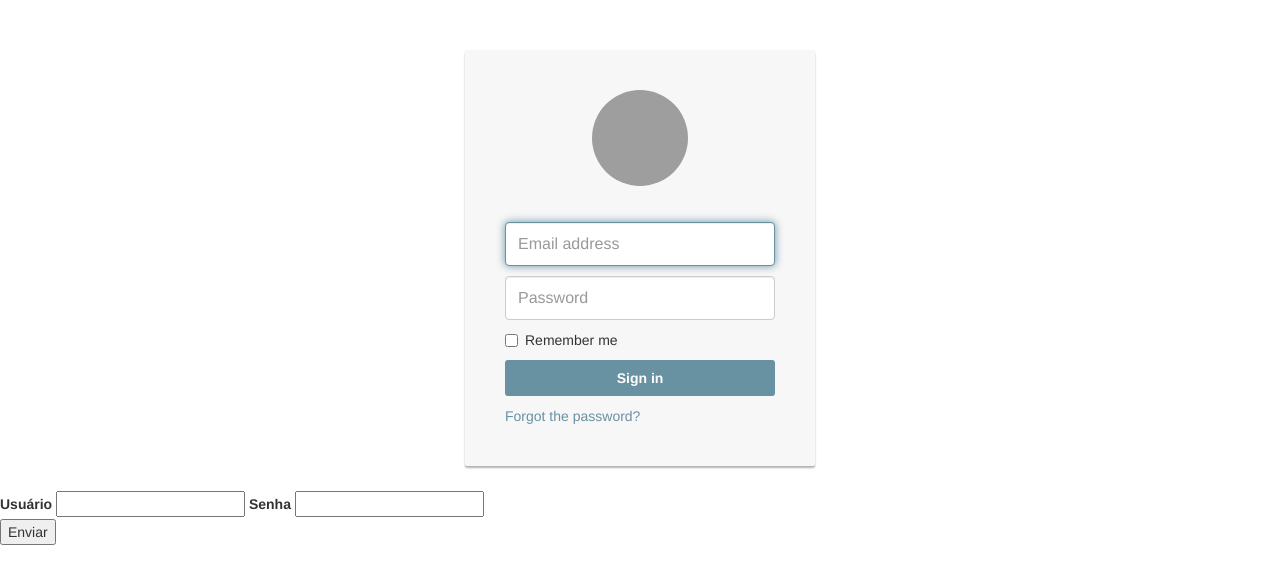
Repository: JacksonPassos/JAAS
Page: http://localhost/gerenciador/jsp/login.jsp
The author's editor kept a copy of each file at every save. The page is drawn from the files as they stood at one save, then again after the next save.
The browser window is 1280 px wide. The pictures show the whole page.
Pictures or frames that could not be fetched are drawn as grey boxes. The page is served by Tomcat 9.

Above is the page before, as saved 2017-05-16 21:24:09.
Console error: ReferenceError: $ is not defined

### gerenciador/WebContent/jsp/login.jsp
<%@ page language="java" contentType="text/html; charset=ISO-8859-1"
    pageEncoding="ISO-8859-1"%>
<!DOCTYPE html PUBLIC "-//W3C//DTD HTML 4.01 Transitional//EN" "http://www.w3.org/TR/html4/loose.dtd">
<html>
<head>
<meta http-equiv="Content-Type" content="text/html; charset=UTF-8">
<link rel="stylesheet" type="text/css" href="../bootstrap/css/bootstrap.min.css">
<style type="text/css">
/*
 * Specific styles of signin component
 */
/*
 * General styles
 */
body, html {
    height: 100%;
    background-repeat: no-repeat;

}

.card-container.card {
    max-width: 350px;
    padding: 40px 40px;
}

.btn {
    font-weight: 700;
    height: 36px;
    -moz-user-select: none;
    -webkit-user-select: none;
    user-select: none;
    cursor: default;
}

/*
 * Card component
 */
.card {
    background-color: #F7F7F7;
    /* just in case there no content*/
    padding: 20px 25px 30px;
    margin: 0 auto 25px;
    margin-top: 50px;
    /* shadows and rounded borders */
    -moz-border-radius: 2px;
    -webkit-border-radius: 2px;
    border-radius: 2px;
    -moz-box-shadow: 0px 2px 2px rgba(0, 0, 0, 0.3);
    -webkit-box-shadow: 0px 2px 2px rgba(0, 0, 0, 0.3);
    box-shadow: 0px 2px 2px rgba(0, 0, 0, 0.3);
}

.profile-img-card {
    width: 96px;
    height: 96px;
    margin: 0 auto 10px;
    display: block;
    -moz-border-radius: 50%;
    -webkit-border-radius: 50%;
    border-radius: 50%;
}

/*
 * Form styles
 */
.profile-name-card {
    font-size: 16px;
    font-weight: bold;
    text-align: center;
    margin: 10px 0 0;
    min-height: 1em;
}

.reauth-email {
    display: block;
    color: #404040;
    line-height: 2;
    margin-bottom: 10px;
    font-size: 14px;
    text-align: center;
    overflow: hidden;
    text-overflow: ellipsis;
    white-space: nowrap;
    -moz-box-sizing: border-box;
    -webkit-box-sizing: border-box;
    box-sizing: border-box;
}

.form-signin #inputEmail,
.form-signin #inputPassword {
    direction: ltr;
    height: 44px;
    font-size: 16px;
}

.form-signin input[type=email],
.form-signin input[type=password],
.form-signin input[type=text],
.form-signin button {
    width: 100%;
    display: block;
    margin-bottom: 10px;
    z-index: 1;
    position: relative;
    -moz-box-sizing: border-box;
    -webkit-box-sizing: border-box;
    box-sizing: border-box;
}

.form-signin .form-control:focus {
    border-color: rgb(104, 145, 162);
    outline: 0;
    -webkit-box-shadow: inset 0 1px 1px rgba(0,0,0,.075),0 0 8px rgb(104, 145, 162);
    box-shadow: inset 0 1px 1px rgba(0,0,0,.075),0 0 8px rgb(104, 145, 162);
}

.btn.btn-signin {
    /*background-color: #4d90fe; */
    background-color: rgb(104, 145, 162);
    /* background-color: linear-gradient(rgb(104, 145, 162), rgb(12, 97, 33));*/
    padding: 0px;
    font-weight: 700;
    font-size: 14px;
    height: 36px;
    -moz-border-radius: 3px;
    -webkit-border-radius: 3px;
    border-radius: 3px;
    border: none;
    -o-transition: all 0.218s;
    -moz-transition: all 0.218s;
    -webkit-transition: all 0.218s;
    transition: all 0.218s;
}

.btn.btn-signin:hover,
.btn.btn-signin:active,
.btn.btn-signin:focus {
    background-color: rgb(12, 97, 33);
}

.forgot-password {
    color: rgb(104, 145, 162);
}

.forgot-password:hover,
.forgot-password:active,
.forgot-password:focus{
    color: rgb(12, 97, 33);
}
</style>
<script type="text/javascript">
$( document ).ready(function() {
    // DOM ready

    // Test data
    /*
     * To test the script you should discomment the function
     * testLocalStorageData and refresh the page. The function
     * will load some test data and the loadProfile
     * will do the changes in the UI
     */
    // testLocalStorageData();
    // Load profile if it exits
    loadProfile();
});

/**
 * Function that gets the data of the profile in case
 * thar it has already saved in localstorage. Only the
 * UI will be update in case that all data is available
 *
 * A not existing key in localstorage return null
 *
 */
function getLocalProfile(callback){
    var profileImgSrc      = localStorage.getItem("PROFILE_IMG_SRC");
    var profileName        = localStorage.getItem("PROFILE_NAME");
    var profileReAuthEmail = localStorage.getItem("PROFILE_REAUTH_EMAIL");

    if(profileName !== null
            && profileReAuthEmail !== null
            && profileImgSrc !== null) {
        callback(profileImgSrc, profileName, profileReAuthEmail);
    }
}

/**
 * Main function that load the profile if exists
 * in localstorage
 */
function loadProfile() {
    if(!supportsHTML5Storage()) { return false; }
    // we have to provide to the callback the basic
    // information to set the profile
    getLocalProfile(function(profileImgSrc, profileName, profileReAuthEmail) {
        //changes in the UI
        $("#profile-img").attr("src",profileImgSrc);
        $("#profile-name").html(profileName);
        $("#reauth-email").html(profileReAuthEmail);
        $("#inputEmail").hide();
        $("#remember").hide();
    });
}

/**
 * function that checks if the browser supports HTML5
 * local storage
 *
 * @returns {boolean}
 */
function supportsHTML5Storage() {
    try {
        return 'localStorage' in window && window['localStorage'] !== null;
    } catch (e) {
        return false;
    }
}

/**
 * Test data. This data will be safe by the web app
 * in the first successful login of a auth user.
 * To Test the scripts, delete the localstorage data
 * and comment this call.
 *
 * @returns {boolean}
 */
function testLocalStorageData() {
    if(!supportsHTML5Storage()) { return false; }
    localStorage.setItem("PROFILE_IMG_SRC", "//lh3.googleusercontent.com/-6V8xOA6M7BA/AAAAAAAAAAI/AAAAAAAAAAA/rzlHcD0KYwo/photo.jpg?sz=120" );
    localStorage.setItem("PROFILE_NAME", "César Izquierdo Tello");
    localStorage.setItem("PROFILE_REAUTH_EMAIL", "oneaccount@gmail.com");
}

</script>

<title>Login</title>
</head>
<body>

 <div class="container">
        <div class="card card-container">
            <!-- <img class="profile-img-card" src="//lh3.googleusercontent.com/-6V8xOA6M7BA/AAAAAAAAAAI/AAAAAAAAAAA/rzlHcD0KYwo/photo.jpg?sz=120" alt="" /> -->
            <img id="profile-img" class="profile-img-card" src="//ssl.gstatic.com/accounts/ui/avatar_2x.png" />
            <p id="profile-name" class="profile-name-card"></p>
            <form class="form-signin">
                <span id="reauth-email" class="reauth-email"></span>
                <input type="email" id="inputEmail" class="form-control" placeholder="Email address" required autofocus>
                <input type="password" id="inputPassword" class="form-control" placeholder="Password" required>
                <div id="remember" class="checkbox">
                    <label>
                        <input type="checkbox" value="remember-me"> Remember me
                    </label>
                </div>
                <button class="btn btn-lg btn-primary btn-block btn-signin" type="submit">Sign in</button>
            </form><!-- /form -->
            <a href="#" class="forgot-password">
                Forgot the password?
            </a>
        </div><!-- /card-container -->
    </div><!-- /container -->



	<div id="pagina">
	<div id="fields">
		<form action="j_security_check" method="post">
			<label>Usu&aacute;rio</label>
			<input id="j_username" name="j_username" type="text">
			<label >Senha</label>
			<input id="j_password" name="j_password" type="password">
			<br>
			<input id="butEnviar" type="submit" value="Enviar">
		</form>
	</div>
</div>
</body>
</html>

Loaded but not shown: gerenciador/WebContent/bootstrap/css/bootstrap.min.css (library)

After the next save:
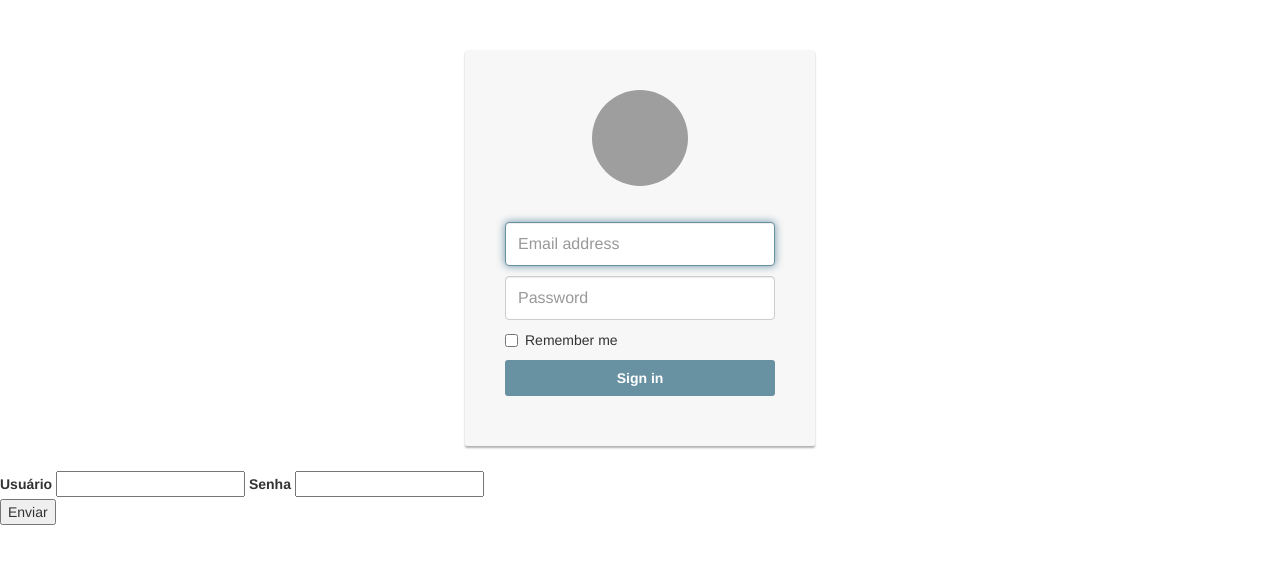
Saved 46 s later.
--- a/gerenciador/WebContent/jsp/login.jsp
+++ b/gerenciador/WebContent/jsp/login.jsp
@@ -242,6 +242,7 @@ function testLocalStorageData() {
             <!-- <img class="profile-img-card" src="//lh3.googleusercontent.com/-6V8xOA6M7BA/AAAAAAAAAAI/AAAAAAAAAAA/rzlHcD0KYwo/photo.jpg?sz=120" alt="" /> -->
             <img id="profile-img" class="profile-img-card" src="//ssl.gstatic.com/accounts/ui/avatar_2x.png" />
             <p id="profile-name" class="profile-name-card"></p>
+
             <form class="form-signin">
                 <span id="reauth-email" class="reauth-email"></span>
                 <input type="email" id="inputEmail" class="form-control" placeholder="Email address" required autofocus>
@@ -253,9 +254,6 @@ function testLocalStorageData() {
                 </div>
                 <button class="btn btn-lg btn-primary btn-block btn-signin" type="submit">Sign in</button>
             </form><!-- /form -->
-            <a href="#" class="forgot-password">
-                Forgot the password?
-            </a>
         </div><!-- /card-container -->
     </div><!-- /container -->
 
